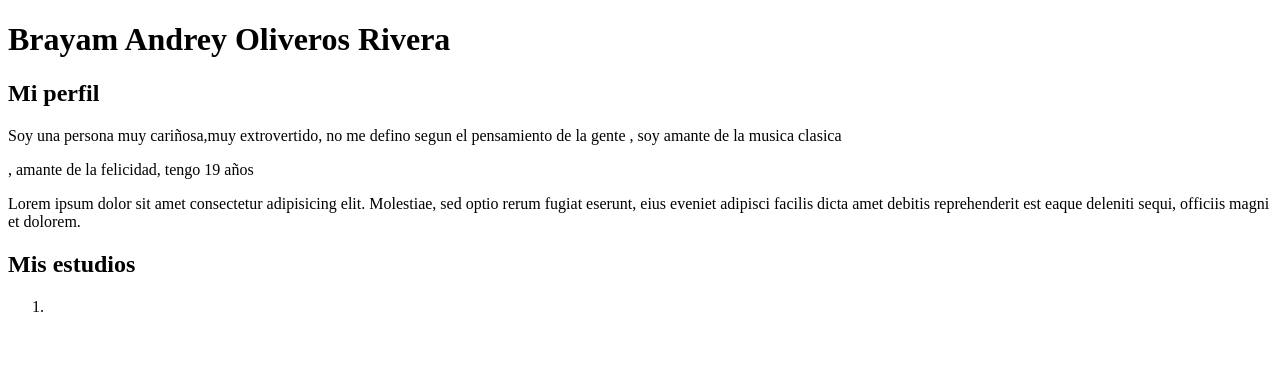
Repository: AndreyRi13/clasesweb
Page: index.html
The author's editor kept a copy of each file at every save. The page is drawn from the files as they stood at one save, then again after a run of saves.
The browser window is 1280 px wide. The pictures show the whole page.

Above is the page before, as saved 2020-09-17 07:23:40.

### index.html
<!DOCTYPE html>
<html lang="en">
<head>
    <meta charset="UTF-8">
    <meta name="viewport" content="width=device-width, initial-scale=1.0">

    <title>Mi primera pagina</title>
</head>
<body>
<h1>Brayam Andrey Oliveros Rivera</h1>

  <h2>Mi perfil</h2>

  <p>Soy una persona muy cariñosa,muy extrovertido, no me defino segun el pensamiento de la gente , soy amante de la musica clasica</p>
  <p>, amante de la felicidad, tengo 19 años</p>
  <p>Lorem ipsum dolor sit amet consectetur adipisicing elit. Molestiae, sed optio rerum fugiat eserunt, eius eveniet adipisci facilis  dicta amet debitis reprehenderit
    est eaque deleniti sequi, officiis magni et dolorem.</p>


    <h2>Mis estudios </h2>
    <ol>

        <li></li>
    </ol>

</body>
</html>

After the next 5 saves:
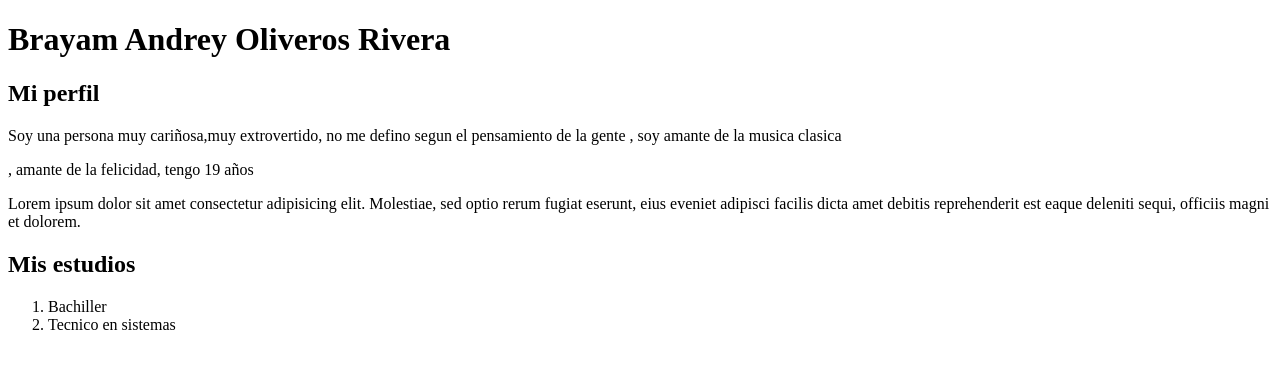
The 5 saves are shown as one change because they came seconds apart.
The last was saved 17 s later.
--- a/index.html
+++ b/index.html
@@ -19,8 +19,8 @@
 
     <h2>Mis estudios </h2>
     <ol>
-
-        <li></li>
+        <li>Bachiller</li>
+        <li>Tecnico en sistemas</li>
     </ol>
 
 </body>
